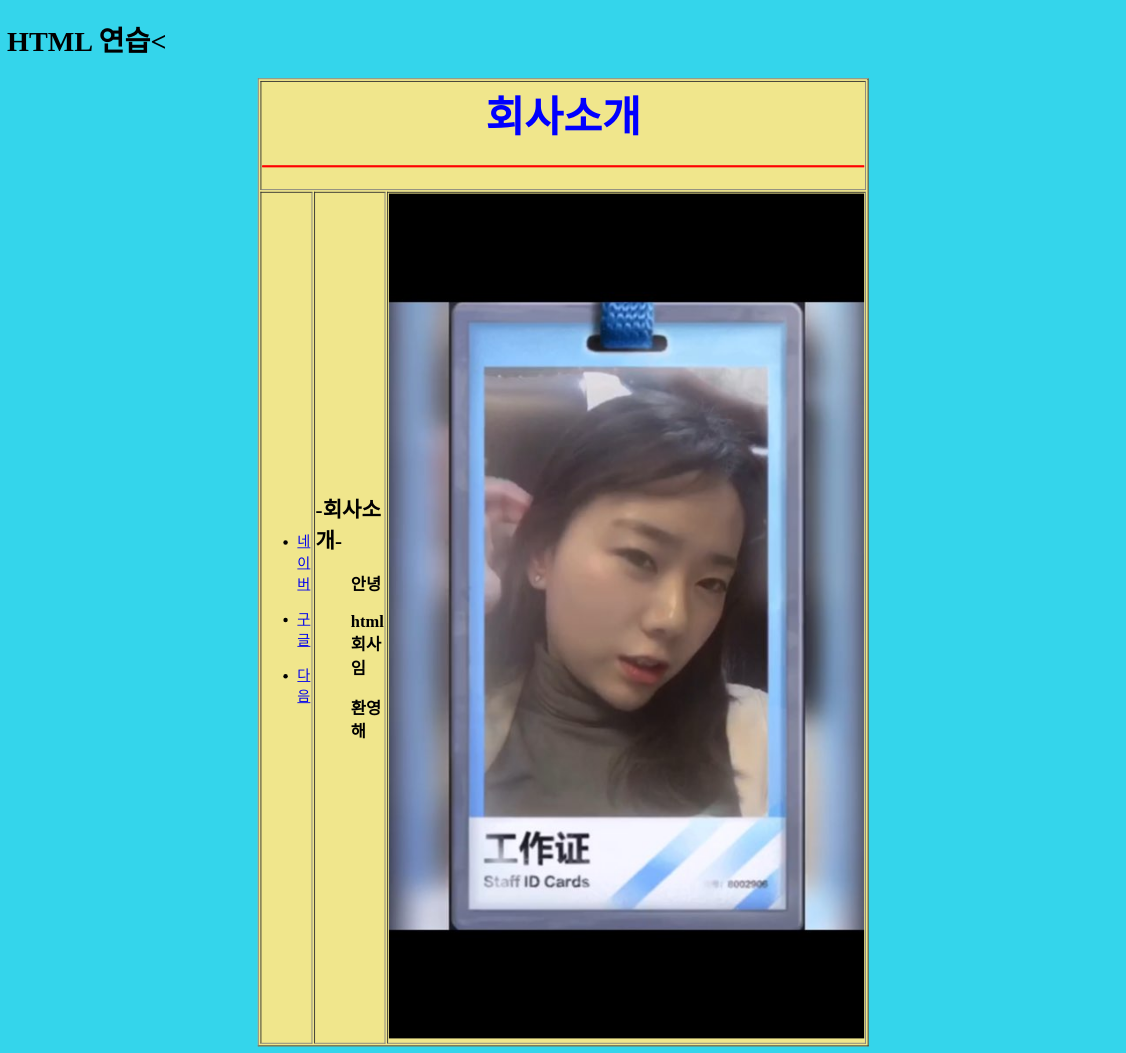
Repository: sika5382/jsp
Page: html/WebContent/NewFile2.html
These files come from the project's save history. The page is drawn as it stood at one moment and after the next save; the edit follows.
The browser window is 1280 px wide. The pictures show the whole page, at 88% of full size.

Above is the page before, as saved 2020-10-29 08:28:30.

### html/WebContent/NewFile2.html
<!DOCTYPE html>
<html>
<head>
<meta charset="UTF-8">
<title>Insert title here</title>
</head>
<body style="background-color:#34d5eb;">
	<h1>
		HTML 연습<

	</h1>
		<table border="1" align="center" width="300" bgcolor="khaki">

			<tr>
				<th colspan="3">
					<font size="7" color ="blue">회사소개
					<hr color = "Red">
				</th>

			</tr>



			<tr>
				<td>

					<ul>

						<li><a href = "https://www.naver.com/" title="네이버">네이버</li><P>
						<li><a href = "https://www.naver.com/" title="구글">구글</li><p>
						<li><a href = "https://www.naver.com/" title="다음">다음</li><p>

					</ul>
				</td>

				<td>
					<h3>
						<dl>
							<dt><font size="5">-회사소개-</font><dt>
							<dd>
								<p>안녕</p>
								<p>html 회사임</p>
								<p>환영해</p>
							</dd>
						</dl>

					</h3>
				</td>
				<td align = "right">
					<a href="aa.jpg">
						<img src="aa.jpg">
					</a>
				</td>
			</tr>



	</table>








</body>
</html>

After the next save:
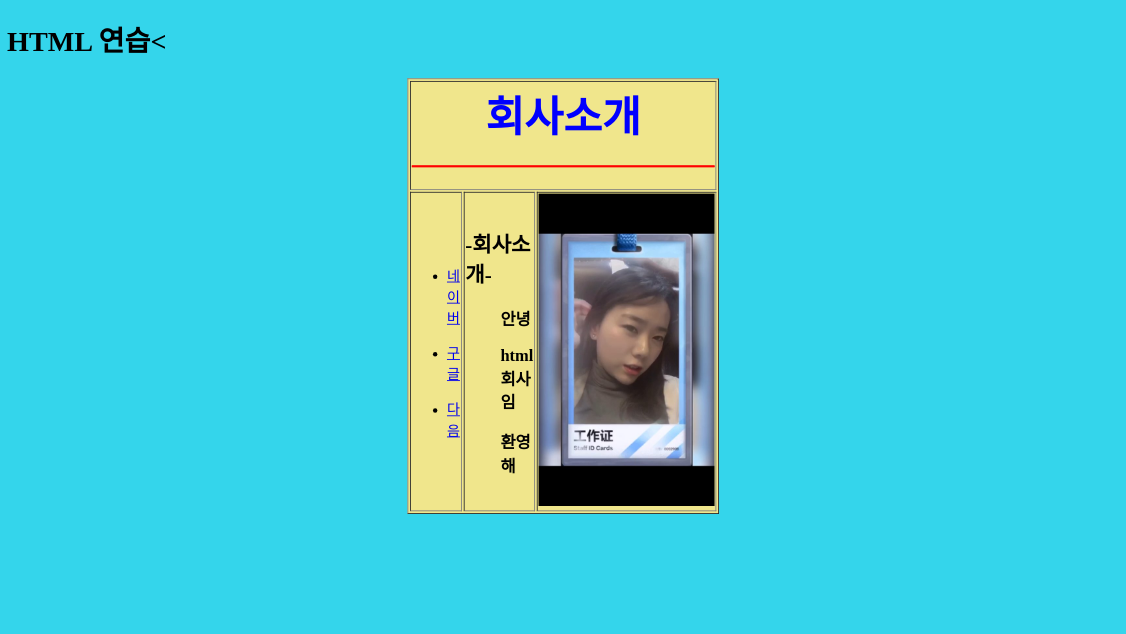
Saved 11 s later.
--- a/html/WebContent/NewFile2.html
+++ b/html/WebContent/NewFile2.html
@@ -48,7 +48,7 @@
 				</td>
 				<td align = "right">
 					<a href="aa.jpg">
-						<img src="aa.jpg">
+						<img src="aa.jpg" width = "200">
 					</a>
 				</td>
 			</tr>
